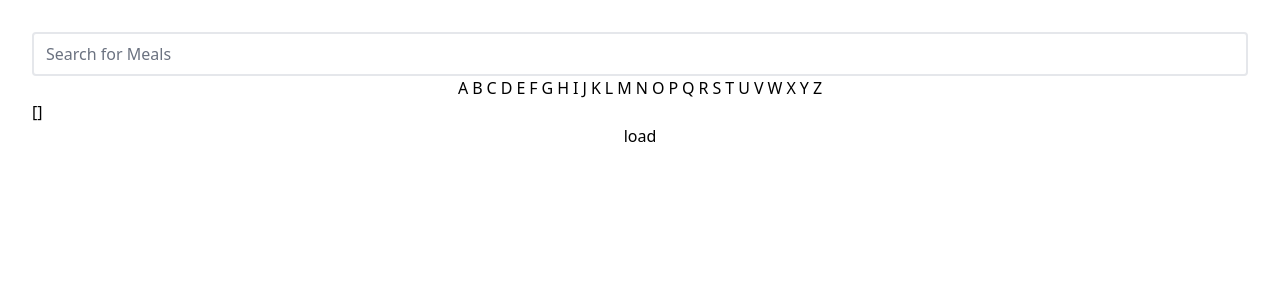
Repository: HalemX/meals
Page: /
These files come from the project's save history. The page is drawn as it stood at one moment and after the next save; the edit follows.
The browser window is 1280 px wide. The pictures show the whole page.
The project was rebuilt for these pictures with package versions that can differ from the ones it lists, and the page was loaded fresh each time. Also part of the build but not shown: vite.config.js, src/pages/MealsList.vue.

Above is the page before, as saved 2024-02-08 15:41:31.

After the next save:
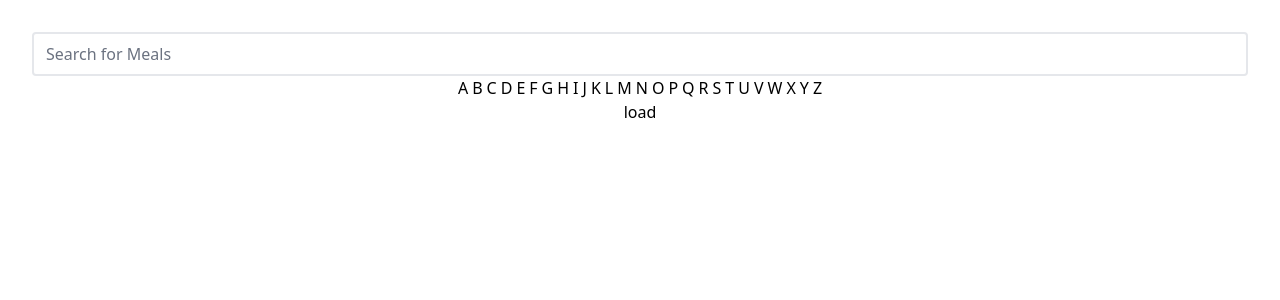
Saved 10 s later.
--- a/src/store/modules/meals/getters.js
+++ b/src/store/modules/meals/getters.js
@@ -1,6 +1,6 @@
 export default {
   getMeals(state) {
-    if (state.meals.length < 0) {
+    if (state.meals.length == 0) {
       state.meals = null;
     } else {
       return state.meals;
